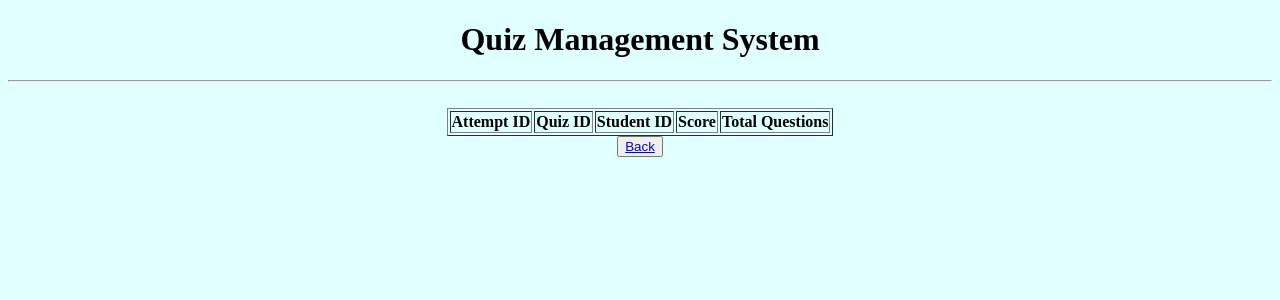
Repository: Rohitsenpai01/Quiz-Manangement-System
Page: http://localhost/WebQuizApp/viewresult.jsp
These files come from the project's save history. The page is drawn as it stood at one moment and after the next save; the edit follows.
The browser window is 1280 px wide. The pictures show the whole page.
The page is served by Tomcat 9. Queries for data that is not in the repository find no rows.

Above is the page before, as saved 2025-12-30 19:11:49.

After the next save:
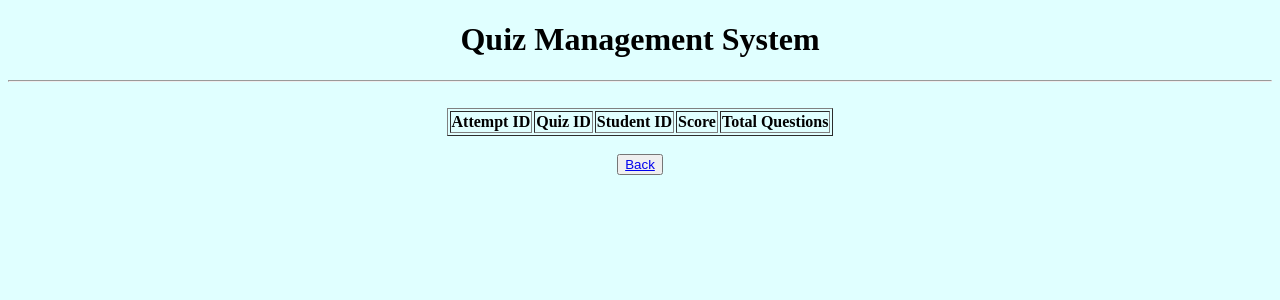
Saved 22 s later.
--- a/WebQuizApp/WebQuizApp/src/main/webapp/viewresult.jsp
+++ b/WebQuizApp/WebQuizApp/src/main/webapp/viewresult.jsp
@@ -33,7 +33,7 @@
 					</tr>
 				</c:forEach>
 			</tbody>
-		</table>
+		</table><br>
 		<button type="button"><a href="admin.jsp">Back</a></button><br>
 	</div>
 </body>
